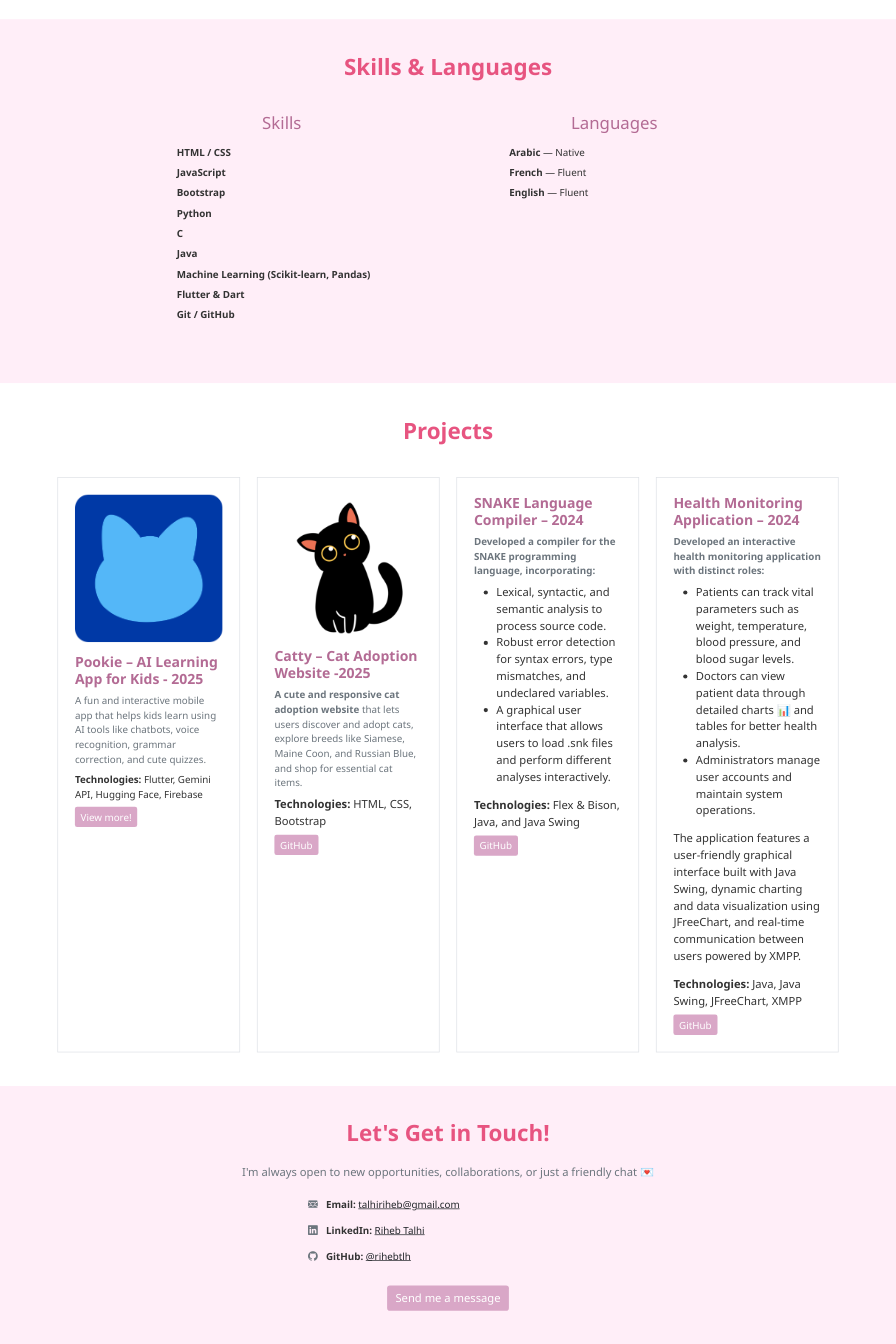
Repository: rihebtlh/portfolio
Page: new.html
An editor plug-in stored every save of this project. The page is shown before and after a run of saves, followed by the edit.
The browser window is 1280 px wide. The pictures show the part of the page from y = 2139 to 4059 px (the page is 4059 px tall before and 3948 px after), at 70% of full size.

Above is the page before, as saved 2025-07-02 16:54:51.

After the next 2 saves:
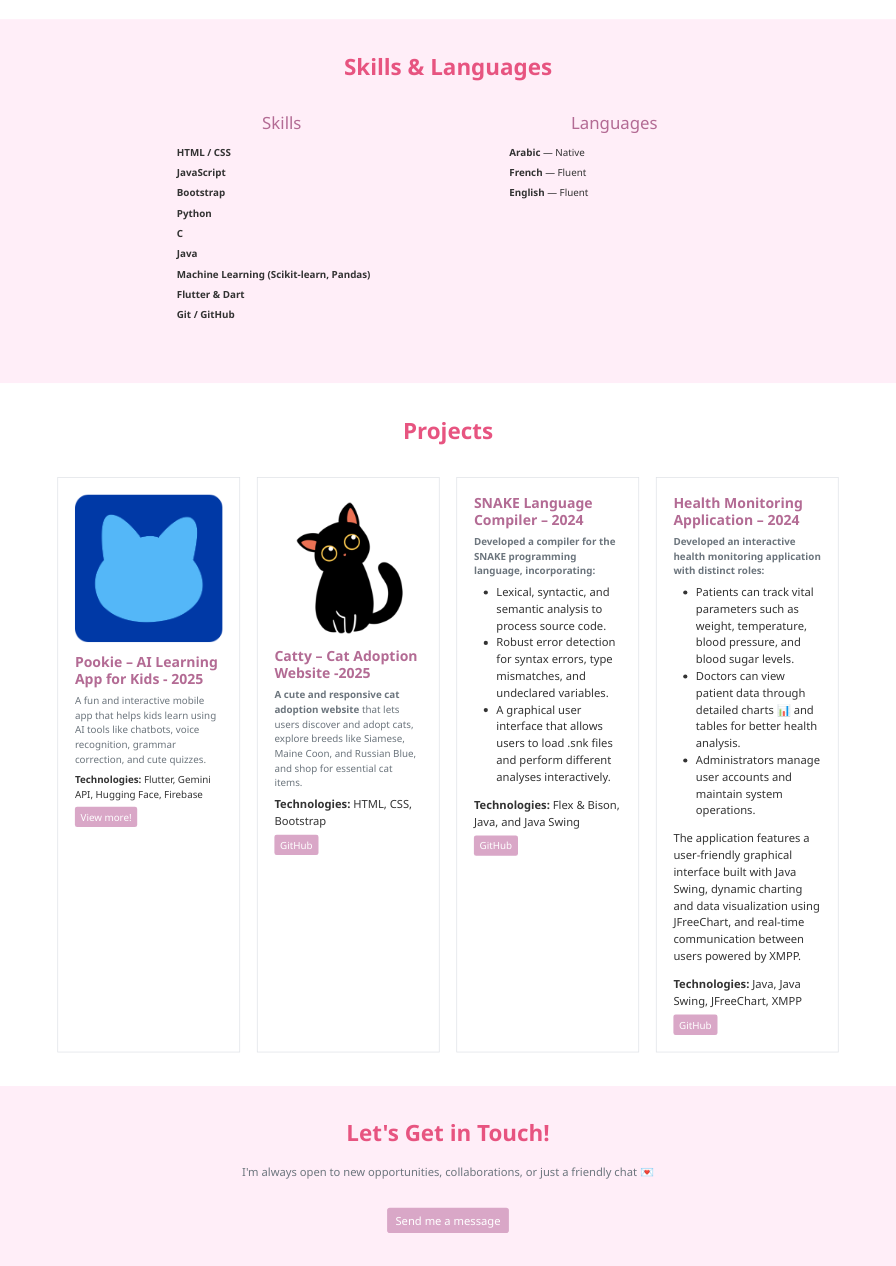
The 2 saves are shown as one change because they came seconds apart.
The last was saved 21 s later.
--- a/new.html
+++ b/new.html
@@ -343,21 +343,6 @@
     <!-- Contact Info -->
     <div class="row justify-content-center">
       <div class="col-md-6">
-        <ul class="list-unstyled small text-start mx-auto" style="max-width: 400px;">
-          <li class="mb-3">
-            <i class="bi bi-envelope-heart-fill text-secondary me-2"></i>
-            <strong>Email:</strong> <a href="mailto:talhiriheb@gmail.com" class="text-dark">talhiriheb@gmail.com</a>
-          </li>
-          <li class="mb-3">
-            <i class="bi bi-linkedin text-secondary me-2"></i>
-            <strong>LinkedIn:</strong> <a href="https://www.linkedin.com/in/riheb-talhi-bab320293" target="_blank" class="text-dark">Riheb Talhi</a>
-          </li>
-          <li class="mb-3">
-            <i class="bi bi-github text-secondary me-2"></i>
-            <strong>GitHub:</strong> <a href="https://github.com/rihebtlh" target="_blank" class="text-dark">@rihebtlh</a>
-          </li>
-        </ul>
-        <!-- Optional button -->
         <a href="mailto:talhiriheb@gmail.com" class="btn btn-secondary mt-3">Send me a message</a>
       </div>
     </div>
